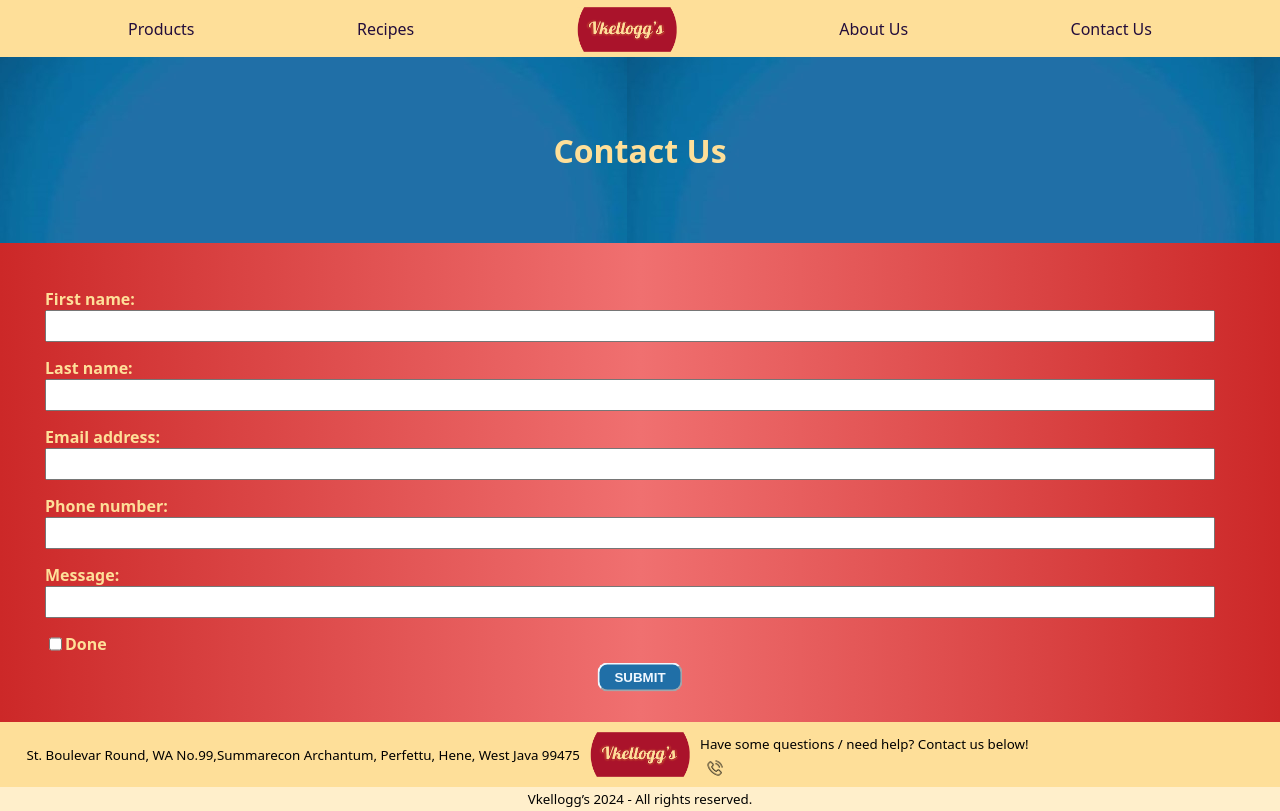
Repository: sugralld/VKelloggs
Page: Code and Assets/html/contactus.html
An editor plug-in stored every save of this project. The page is shown before and after a run of saves, followed by the edit.
The browser window is 1280 px wide. The pictures show the whole page.

Above is the page before, as saved 2024-12-04 07:42:12.

### Code and Assets/html/contactus.html
<!DOCTYPE html>
<html lang="en">
<head>
    <meta charset="UTF-8">
    <meta name="viewport" content="width=device-width, initial-scale=1.0">
    <title>Contact Us | Vkellogg's</title>
    <link rel="stylesheet" href="../css/headerfooternavbar.css">
    <link rel="stylesheet" href="../css/contactus.css">
</head>
<body>
    <!-- header navigation -->
    <header>
        <nav>
            <div class="navbar-menu">
                <div><a class="navbar-link1" href="../html/products.html">Products</a></div>
                <div><a class="navbar-link2" href="../html/recipes.html">Recipes</a></div>
                <div class="navbar-link3"><a href="../html/homepage.html"><img src="../asset/Screenshot 2024-05-30 105858.png" width="100" height="45" alt=""></a></div>
                <div><a class="navbar-link4" href="../html/aboutus.html">About Us</a></div>
                <div><a class="navbar-link5" href="../html/contactus.html">Contact Us</a></div>
            </div>
        </nav>
    </header>

    <!-- Header Contact Us -->
    <div class="header">
        <h1>Contact Us</h1>
    </div>

    <!-- Form Contact Us -->
     <div class="form">
        <form id="contactForm" action="" method = "post">
            <div class="formformat">
                <label for="firstname">First name: </label>
                <input type="text" name="firstname" id="firstname">
                <br>

                <label for="lastname">Last name: </label>
                <input type="text" name="lastname" id="lastname">
                <br>

                <label for="email">Email address: </label>
                <input type="text" name="email" id="email">
                <br>

                <label for="phonenum">Phone number: </label>
                <input type="text" name="phonenum" id="phonenum">
                <br>

                <label for="message">Message: </label>
                <input type="text" name="message" id="message">
                <br>

            </div>
            <div class="checkbox-container">
                <input type="checkbox" name="agreement" id="agreement">
                <label for="agreement">Done</label>
            </div>
            <br>
            <div class="button-container">
                <button type="button" onclick="validateData()">SUBMIT</button>
            </div>

        </form>
        <script src="../js/contactus.js"></script>
     </div>

     <!-- Footer -->
    <footer class="footer">
        <div class="upperfooter">
            <div class="footert1"><p>St. Boulevar Round, WA No.99,Summarecon Archantum, Perfettu, Hene, West Java 99475</p></div>
            <div class="footert2"><img src="../asset/Screenshot 2024-05-30 105858.png" width="100" height="45" alt=""></div>
            <div class="footert3">
                <p class="footert4">Have some questions / need help? Contact us below!</p>
                <a href="../html/contactus.html"><img src="../asset/image-removebg-preview (27).png" width="30" height="auto" alt=""></a>
            </div>
        </div>
        <div class="lowerfooter">
            <p class="textlowerfooter">Vkellogg’s 2024  -  All rights reserved.
            </p>
        </div>
     </footer>

</body>
</html>

### Code and Assets/css/headerfooternavbar.css
body {
    margin: 0;
    font-family: system-ui;
}

.navbar-menu{
    display: flex;
    justify-content: space-between;
    align-items: center;
    padding: 0px 10%;
    background-color: #FEDF99;
}

a:hover{
    background-color: #F5F5F5;
    border-radius: 30px;
    color: #CC2828;
}

.navbar-link1,.navbar-link2,.navbar-link4,.navbar-link5{
    font-family: system-ui;
    font-weight: 500;
    text-decoration: none;
    color: #230D3B;
}

.navbar-link3{
    display: block;
    margin-top: 0.7%;
    margin-bottom: 0px;
}

.footer{
    position: bot;
}

.upperfooter{
    display: flex;
    background-color: #FEDF99;
    justify-content: center;
    align-items: center;
}

.footert1,.footert3{
    padding: 0px 10px;
    display: block;
    width: 1200px;
    font-size: smaller;
}

.footert1{
    text-align: right;
}

.footert3{
    text-align: left;
}

.footert2{
    margin-top: 4px;
}

.lowerfooter{
    background-color: #FFEFCB;
    padding: 0;
    margin: 0px;
}

.textlowerfooter{
    margin: 0;
    padding: 3px;
    font-size: smaller;
    text-align: center;
}

.footert4{
    margin-bottom: 0;
}

### Code and Assets/css/contactus.css
.header{
    background-image: url(../asset/copydesktop-wallpaper-kellogg-s-frosted-flakes-breakfast-cereal-original-33-5-oz-box.jpg);
    display: block;
    padding: 50px;
    text-align: center;
    color: #FEDF99;
}

.form{
    margin: 0 auto;
    background: linear-gradient(0.25turn,#CC2828,#F07070,#CC2828);
    padding: 45px;
    font-weight: bold;
    color: #FEDF99;
}

.formformat label{
    display: block;
}

.formformat input[type="text"]{
    width: calc(100% - 20px);
    max-width: 100%;
    margin: 0 auto 15px;
    padding: 5px;
    box-sizing: border-box;
    font-family: Arial, sans-serif;
    font-size: 16px;
}

.checkbox-container{
    display: flex;
}

.button-container{
   text-align: centers;
   position: absolute;
   left: 50%;
   transform: translate(-50%, -50%);
 }

.button-container button{
   display: inline-block;
   padding: 5px 15px;
   background-color: #206fa7;
   font-family: Arial, sans-serif;
   color: aliceblue;
   font-weight: bold;
   border-radius: 10px;
   border-color: aliceblue;
   outline: none;
}

.button-container button:hover {
    background-color: aliceblue;
    color: #206fa7;
}

### Code and Assets/js/contactus.js
function wordLen(str) {
    const value = str.trim().split(/\s+/);
    return value.length;
}

function checkAlpha(inputStr){
    var isAlpha = false;
    for(let i=0; i<inputStr.length; i++){
        if(isNaN(inputStr[i])){
            isAlpha = true;
        }
        else if(inputStr[i]!=' '){
            return false;
        }
    }
    if(isAlpha )return true;
    else return false;
}

function checkNum(inputStr){
    var isNum = false;
    for(let i=0; i<inputStr.length; i++){
        if(isNaN(inputStr[i])){
            return false;
        }
        else{
            isNum = true;
        }
    }
    if(isNum)return true;
    else return false;
}


function validateData(){
    var firstname = document.getElementById("firstname");
    var lastname = document.getElementById("lastname");
    var email = document.getElementById("email");
    var phonenum = document.getElementById("phonenum");
    var message = document.getElementById("message");
    var agreement = document.getElementById("agreement");

    if(!checkAlpha(firstname.value)){
        alert("First name must be alphabet!");
    }
    else if(!checkAlpha(lastname.value)){
        alert("Last name must be alphabet!");
    }
    else if(!email.value.endsWith("@gmail.com")){
        alert("Email must end with '@gmail.com'!");
    }
    else if(!checkNum(phonenum.value)){
        alert("Phone number must be numeric!");
    }
    else if(wordLen(message.value)<5){
        alert("Message must be at least 5 words!");
    }
    else if(!agreement.checked){
        alert("'Done' checkbox must be checked!");
    }
    else{
        alert("Message Submitted.");
    }

}

function resetForm(){
    document.getElementById("contactForm").reset();
}

After the next 2 saves:
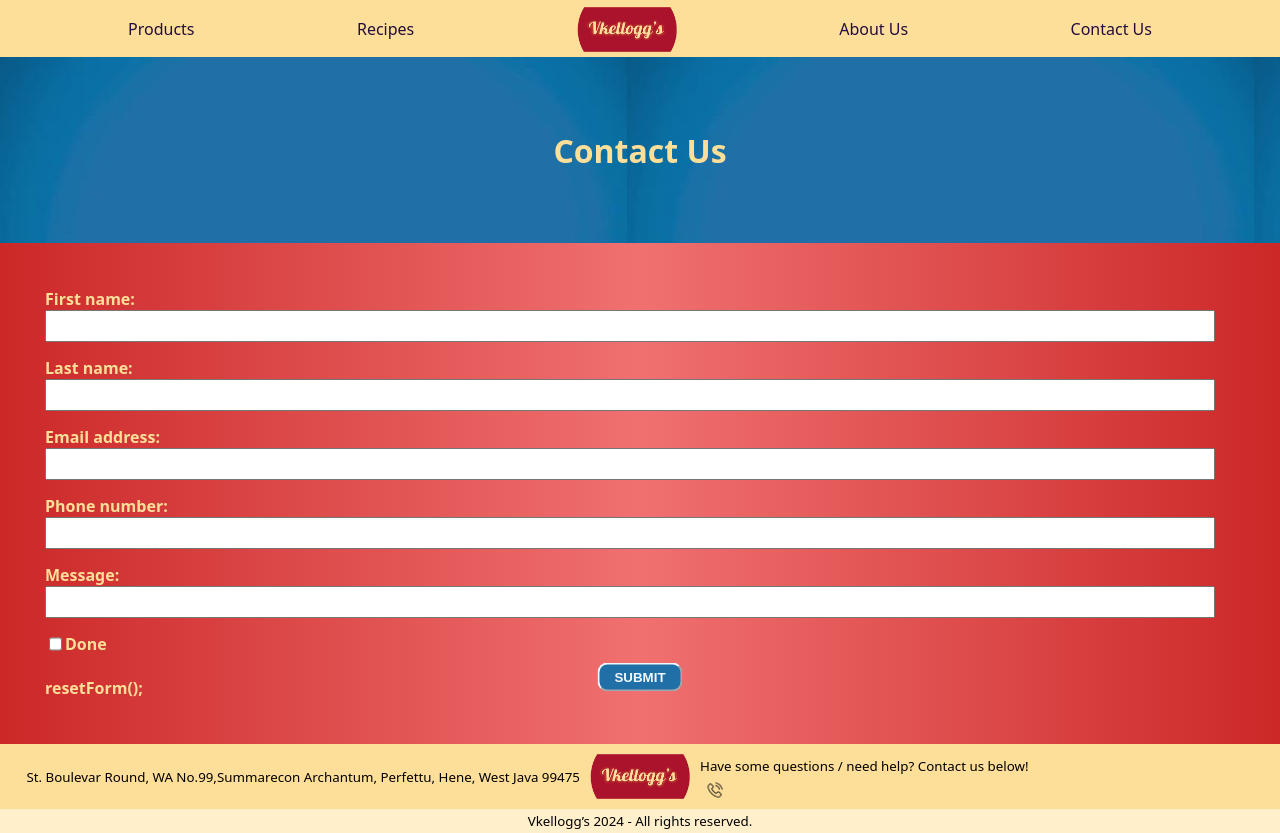
The 2 saves are shown as one change because they came seconds apart.
The last was saved 7 s later.
--- a/Code and Assets/html/contactus.html
+++ b/Code and Assets/html/contactus.html
@@ -59,7 +59,7 @@
             <div class="button-container">
                 <button type="button" onclick="validateData()">SUBMIT</button>
             </div>
-
+            resetForm();
         </form>
         <script src="../js/contactus.js"></script>
      </div>

After the save that followed:
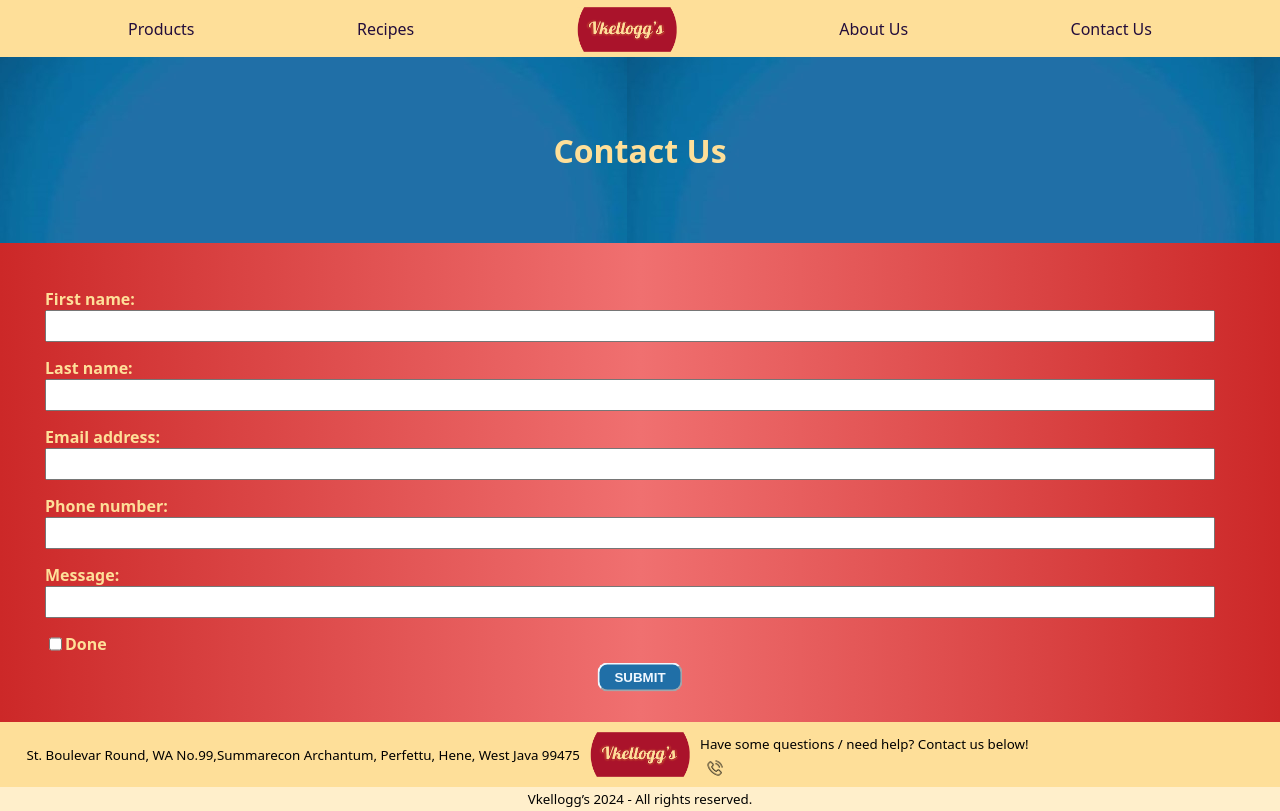
Saved 112 s later.
--- a/Code and Assets/html/contactus.html
+++ b/Code and Assets/html/contactus.html
@@ -59,7 +59,6 @@
             <div class="button-container">
                 <button type="button" onclick="validateData()">SUBMIT</button>
             </div>
-            resetForm();
         </form>
         <script src="../js/contactus.js"></script>
      </div>
